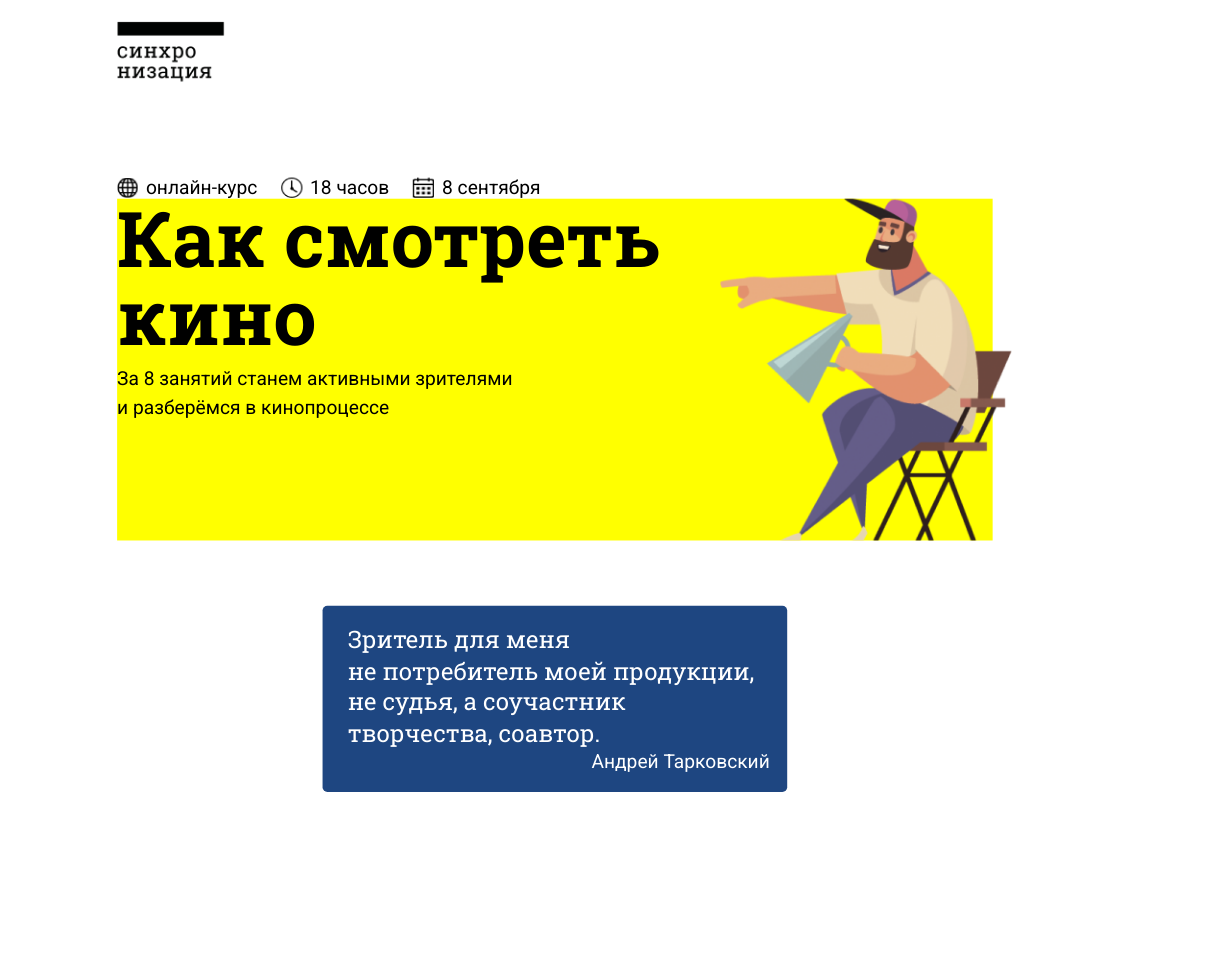
Repository: simralgasimov/task5
Page: index.html
The author's editor kept a copy of each file at every save. The page is drawn from the files as they stood at one save, then again after a run of saves.
The browser window is 1280 px wide. The pictures show the whole page, at 96% of full size.

Above is the page before, as saved 2023-08-28 13:39:16.

After the next 2 saves:
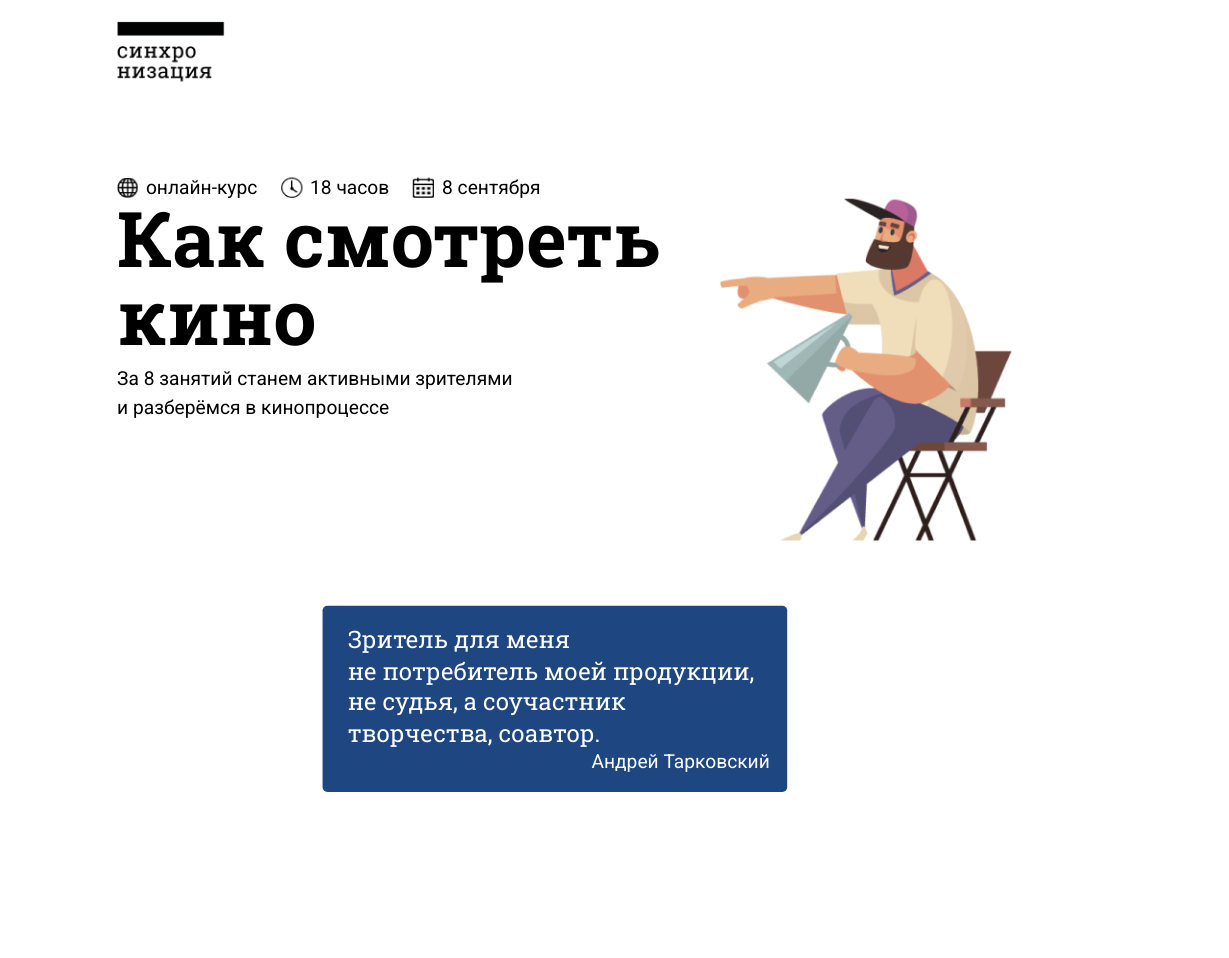
The 2 saves are shown as one change because they came seconds apart.
The last was saved 20 s later.
--- a/index.css
+++ b/index.css
@@ -53,10 +53,7 @@
 
 .box {
   display: flex;
-  /* padding: 29px; */
-
   justify-content: space-between;
-  background-color: yellow;
 }
 
 .box h1 {
